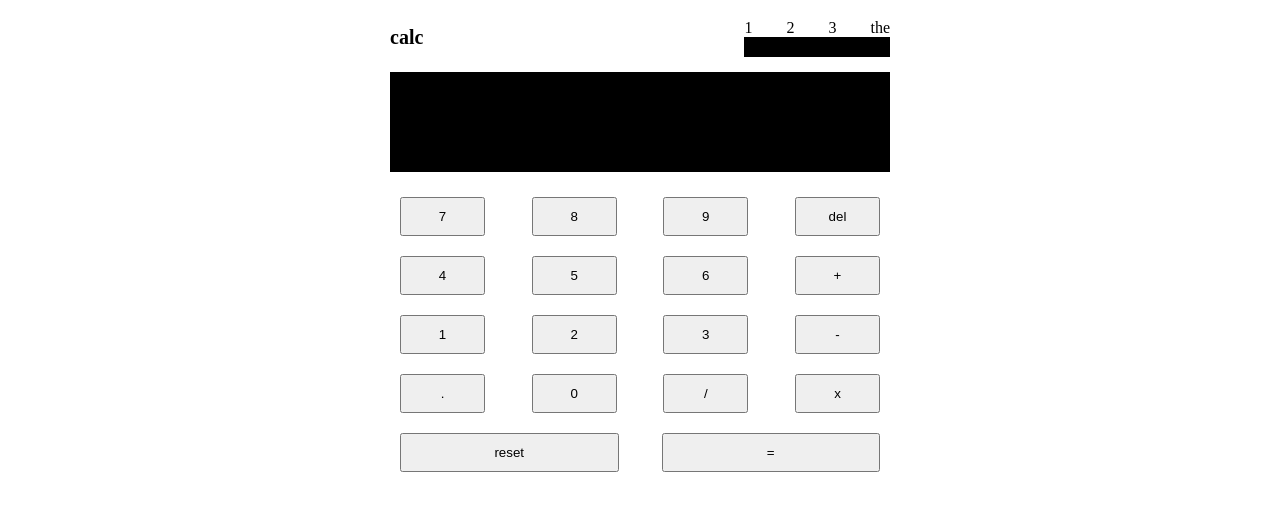
Repository: Eugene44-hub/basic-calculator
Page: index.html
An editor plug-in stored every save of this project. The page is shown before and after a run of saves, followed by the edit.
The browser window is 1280 px wide. The pictures show the whole page.

Above is the page before, as saved 2021-10-02 02:23:17.
Console error: SyntaxError: Unexpected end of input

After the next 2 saves:
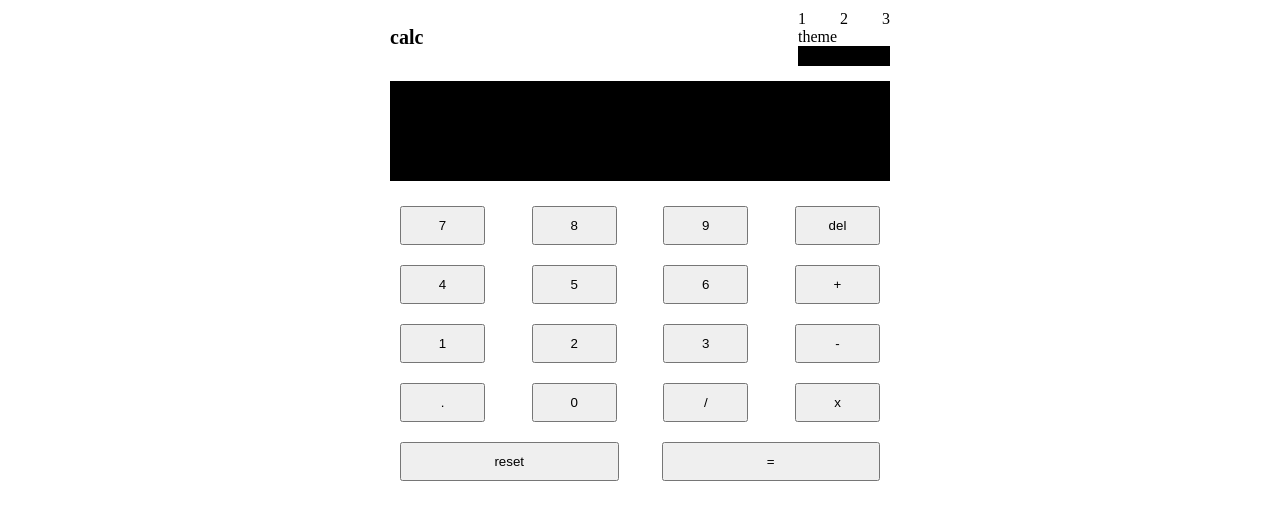
The 2 saves are shown as one change because they came seconds apart.
The last was saved 16 s later.
--- a/index.html
+++ b/index.html
@@ -19,7 +19,8 @@
                 <div class="number-toggle">
                     <span id="one">1</span>
                     <span id="two">2</span>
-                    <span id="three">3</span> the
+                    <span id="three">3</span>
+                    <p>theme</p>
                     <div class="toggle"></div>
                 </div>
             </div>
